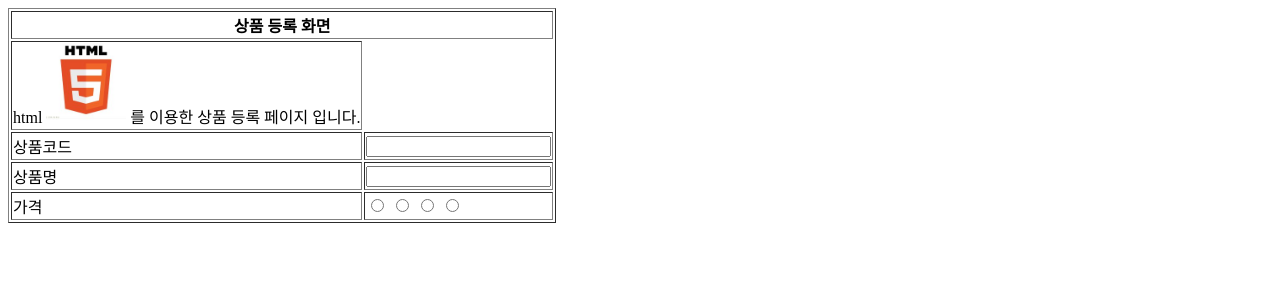
Repository: younseochoi/AI_PLATFORM
Page: my_code/03_web/html/src/main/webapp/pdt_registration.html
An editor plug-in stored every save of this project. The page is shown before and after the next save, followed by the edit.
The browser window is 1280 px wide. The pictures show the whole page.

Above is the page before, as saved 2022-07-22 05:49:03.

After the next save:
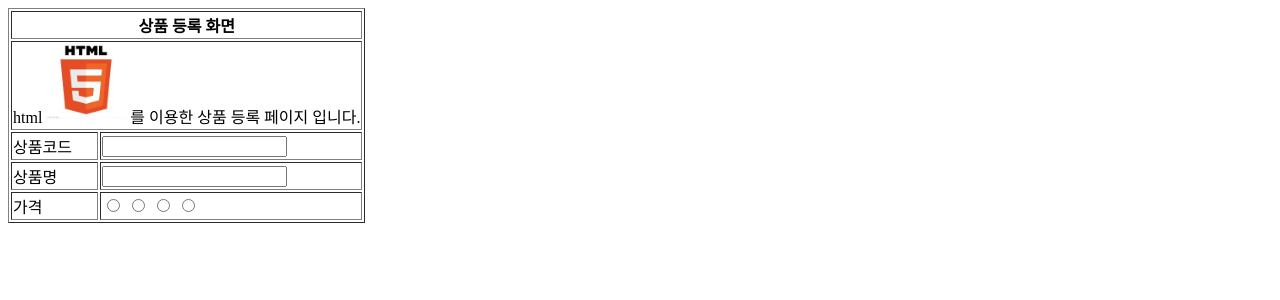
Saved 15 s later.
--- a/my_code/03_web/html/src/main/webapp/pdt_registration.html
+++ b/my_code/03_web/html/src/main/webapp/pdt_registration.html
@@ -8,7 +8,7 @@
 <table border=1>
 	<tr><th colspan="2">상품 등록 화면</th></tr>
 	<tr>
-		<td>html
+		<td colspan="2">html
 			<img src = "images/html5.jpg" width="80" height="80">
 			를 이용한 상품 등록 페이지 입니다.
 		</td>
